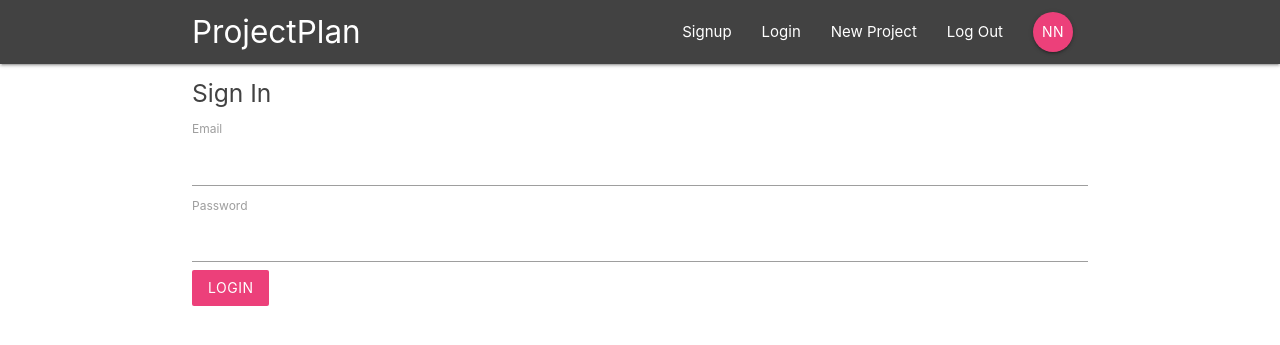
Repository: Ranjan08385/React-Firebase-Project
Page: /signin
These files come from the project's save history. The page is drawn as it stood at one moment and after the next save; the edit follows.
The browser window is 1280 px wide. The pictures show the whole page.
The project was rebuilt for these pictures with package versions that can differ from the ones it lists, and the page was loaded fresh each time. Also part of the build but not shown: src/Components/dashboard/Notification.js, src/Components/projects/ProjectSummary.js, src/Components/projects/ProjectList.js, src/Components/dashboard/Dashboard.js, src/Components/projects/ProjectDetails.js.

Above is the page before, as saved 2019-10-10 11:24:09.

After the next save:
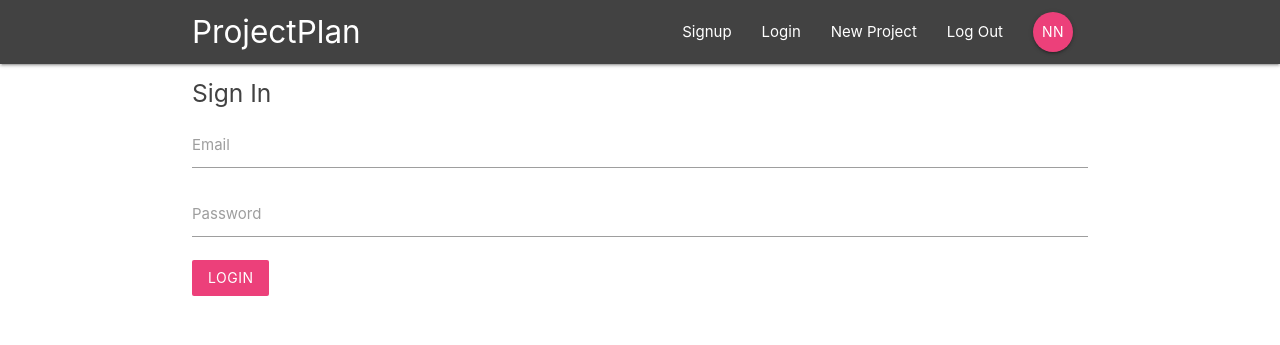
Saved 41 s later.
--- a/src/Components/auth/SignIn.js
+++ b/src/Components/auth/SignIn.js
@@ -6,15 +6,15 @@
       <div className="container">
         <form className="white">
           <h5 className="grey-text text-darken-3">Sign In</h5>
-          <div className="input-field1">
+          <div className="input-field">
             <label htmlFor="email">Email</label>
             <input type="email" id="email" />
           </div>
-          <div className="input-field1">
+          <div className="input-field">
             <label htmlFor="password">Password</label>
             <input type="password" id="password" />
           </div>
-          <div className="input-field1">
+          <div className="input-field">
             <button className="btn pink lighten-1 z-depth-0">Login</button>
           </div>
         </form>
